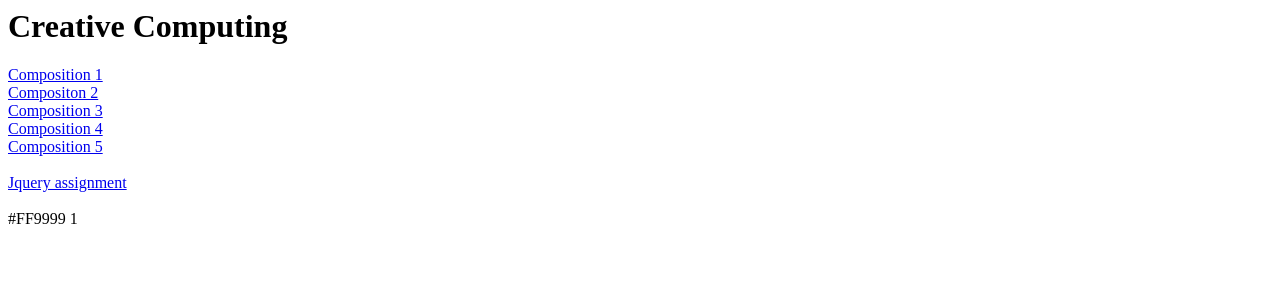
Repository: dominiquedevito/dominiquedevito.github.io
Page: index.html
The author's editor kept a record of every edit. The page is drawn from the files as they stood at one moment, then again after the next edit.
The browser window is 1280 px wide. The pictures show the whole page.

Above is the page before.

After the next edit:
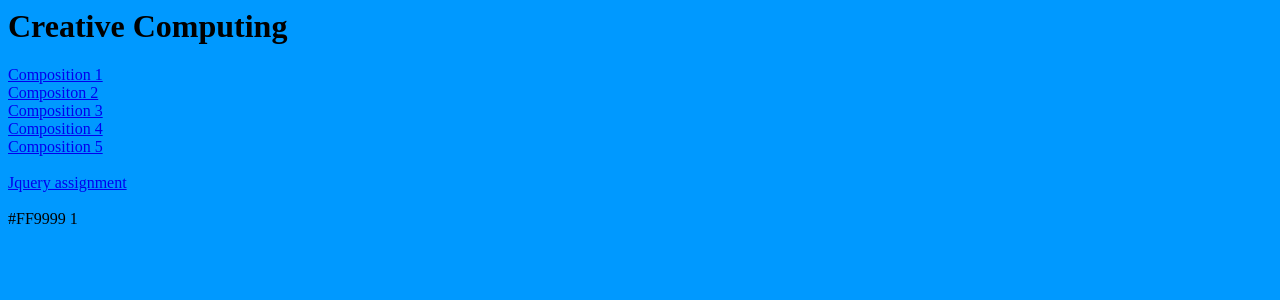
The edit:
--- a/index.html
+++ b/index.html
@@ -2,7 +2,7 @@
 	<head>
 		<title>Dominique DeVito</title>
 	</head>
-	<body>
+	<body bgcolor="#0099FF">
 	    <h1>Creative Computing</h1>
 	   <a href="5compositions/composition1.html">Composition 1</a><br>
 	    <a href="5compositions/composition2.html">Compositon 2</a><br>
